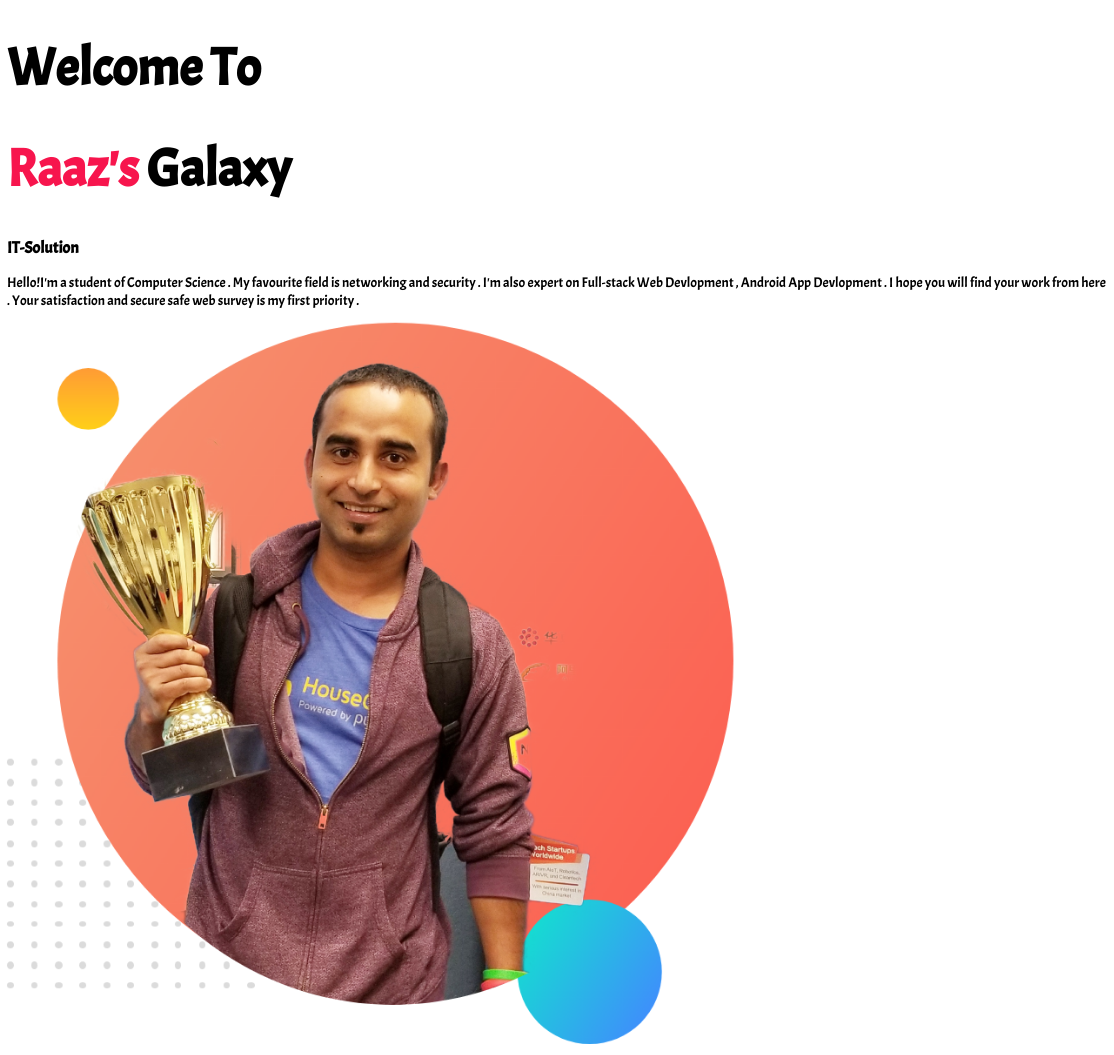
Repository: ramizraaz/my-portfolio
Page: about.html
These files come from the project's save history. The page is drawn as it stood at one moment and after the next save; the edit follows.
The browser window is 1280 px wide. The pictures show the whole page, at 87% of full size.

Above is the page before, as saved 2022-01-13 18:09:08.

### about.html
<!DOCTYPE html>
<html lang="en">

<head>
    <meta charset="UTF-8">
    <meta http-equiv="X-UA-Compatible" content="IE=edge">
    <meta name="viewport" content="width=device-width, initial-scale=1.0">
    <title>Raaz Portfolio</title>
    <link rel="preconnect" href="https://fonts.googleapis.com">
    <link rel="preconnect" href="https://fonts.gstatic.com" crossorigin>
    <link href="https://fonts.googleapis.com/css2?family=Acme&family=Lobster&family=Permanent+Marker&display=swap" rel="stylesheet">
    <link rel="stylesheet" href="design.css">
</head>

<body>
    <div class="intro">
        <h1>Welcome To</h1>
        <h1><span> Raaz's </span>Galaxy</h1>
        <h3>IT-Solution</h3>
        <p>Hello!I'm a student of Computer Science . My favourite field is networking and security . I'm also expert on Full-stack Web Devlopment , Android App Devlopment . I hope you will find your work from here . Your satisfaction and secure safe web
            survey is my first priority .</p>
    </div>
    <div class="img1">
        <img src="images/jhankar.png" alt="Personal Profile">
    </div>
</body>

</html>

### design.css
body {
    font-family: 'Acme', sans-serif;
}

h1 {
    font-size: 60px;
}

span {
    color: rgb(247, 21, 77);
}

After the next save:
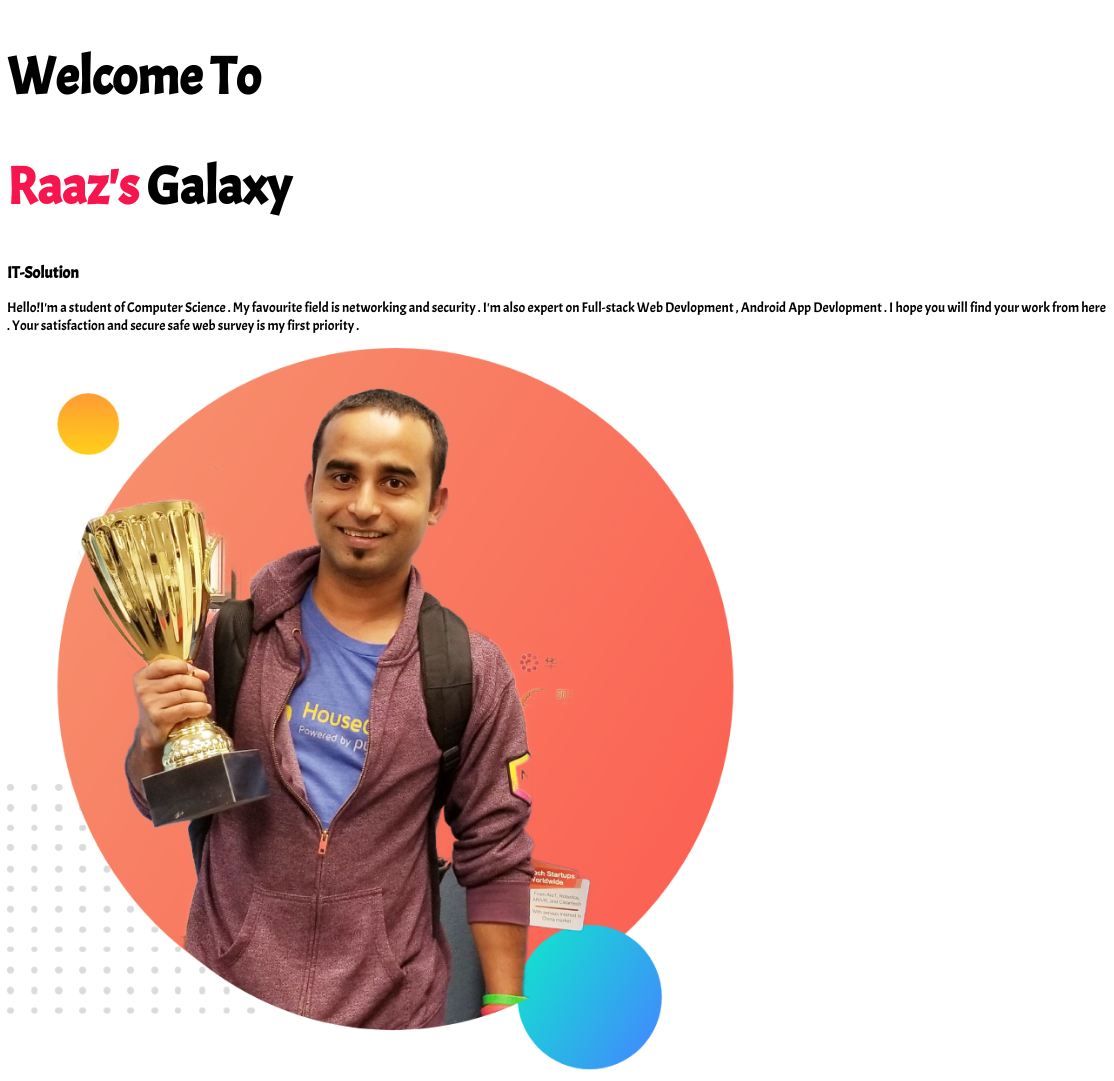
Saved 116 s later.
--- a/about.html
+++ b/about.html
@@ -13,16 +13,18 @@
 </head>
 
 <body>
-    <div class="intro">
-        <h1>Welcome To</h1>
-        <h1><span> Raaz's </span>Galaxy</h1>
-        <h3>IT-Solution</h3>
-        <p>Hello!I'm a student of Computer Science . My favourite field is networking and security . I'm also expert on Full-stack Web Devlopment , Android App Devlopment . I hope you will find your work from here . Your satisfaction and secure safe web
-            survey is my first priority .</p>
-    </div>
-    <div class="img1">
-        <img src="images/jhankar.png" alt="Personal Profile">
-    </div>
+    <section>
+        <div class="intro">
+            <h1>Welcome To</h1>
+            <h1><span> Raaz's </span>Galaxy</h1>
+            <h3>IT-Solution</h3>
+            <p>Hello!I'm a student of Computer Science . My favourite field is networking and security . I'm also expert on Full-stack Web Devlopment , Android App Devlopment . I hope you will find your work from here . Your satisfaction and secure safe
+                web survey is my first priority .</p>
+        </div>
+        <div class="img1">
+            <img src="images/jhankar.png" alt="Personal Profile">
+        </div>
+    </section>
 </body>
 
 </html>
